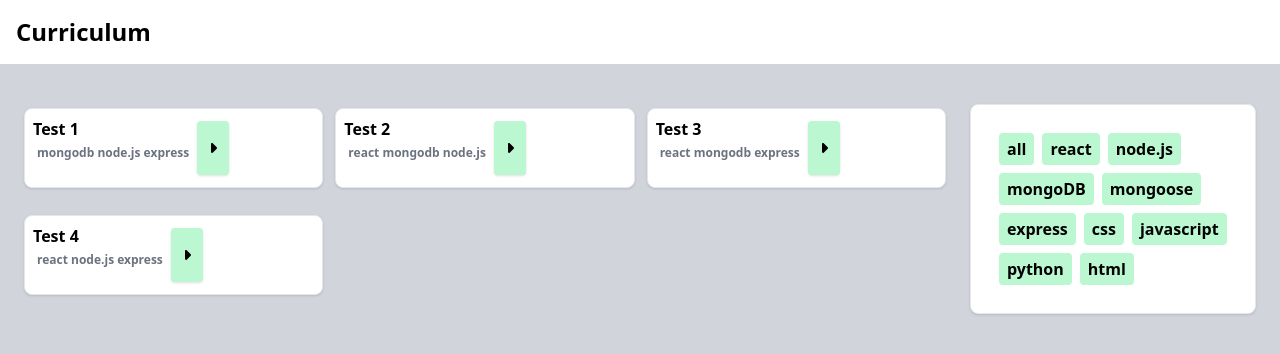
Repository: JetPi/Presentatio-Project
Page: /about/certificates
These files come from the project's save history. The page is drawn as it stood at one moment and after the next save; the edit follows.
The browser window is 1280 px wide. The pictures show the whole page.
The project was rebuilt for these pictures with package versions that can differ from the ones it lists, and the page was loaded fresh each time. The framework's server and built-in components were replaced by stand-ins that run in the browser. Also part of the build but not shown: next.config.js.

Above is the page before, as saved 2023-04-04 14:14:45.

After the next save:
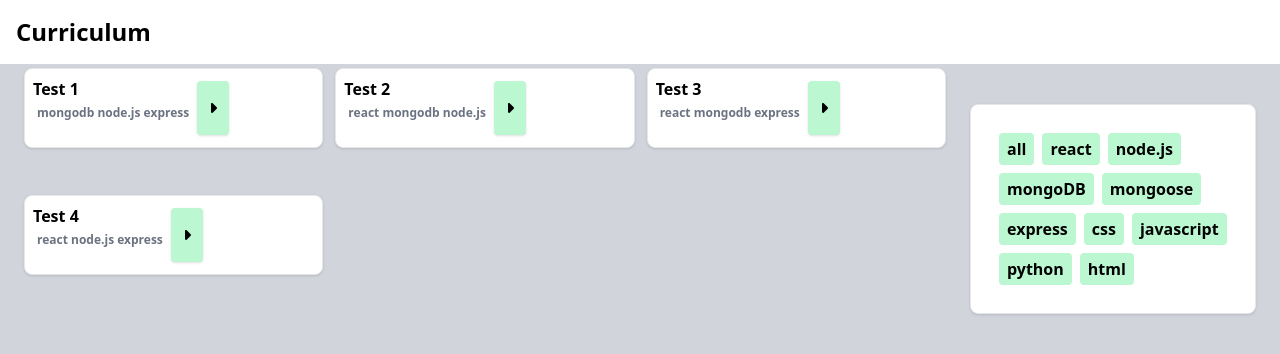
Saved 72 s later.
--- a/src/components/CertificateList.tsx
+++ b/src/components/CertificateList.tsx
@@ -66,7 +66,7 @@
 
   return (
     <div className="flex flex-row">
-      <div className="grid w-3/4 grid-cols-3 gap-1 mt-10 ml-5">
+      <div className="grid w-3/4 grid-cols-3 gap-1 ml-5">
         {list?.map((item) => {
           return (
             <Card key={item.name} styling="flex flex-row p-2 h-20 m-1">

After the save that followed:
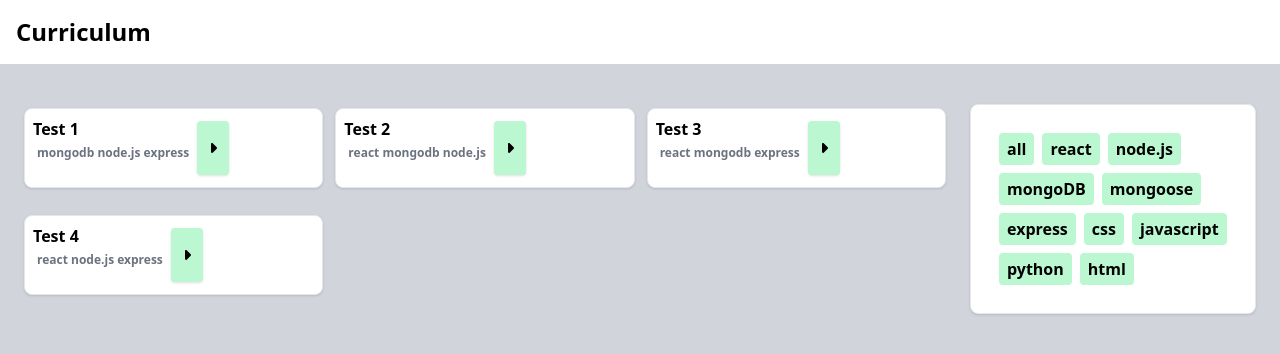
Saved 4 s later.
--- a/src/components/CertificateList.tsx
+++ b/src/components/CertificateList.tsx
@@ -66,7 +66,7 @@
 
   return (
     <div className="flex flex-row">
-      <div className="grid w-3/4 grid-cols-3 gap-1 ml-5">
+      <div className="grid w-3/4 grid-cols-3 gap-1 mt-10 ml-5">
         {list?.map((item) => {
           return (
             <Card key={item.name} styling="flex flex-row p-2 h-20 m-1">
